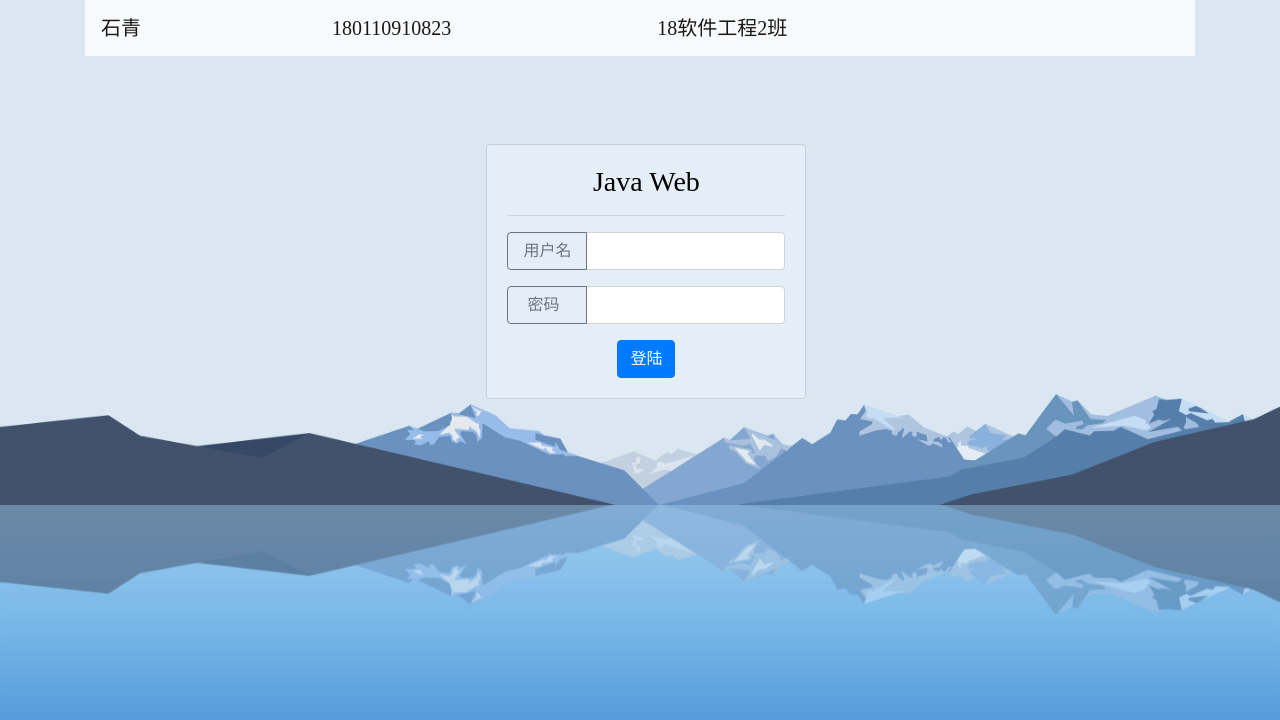
Repository: sqsssq/JavaWeb
Page: class1/IDEA/web/successful.html
An editor plug-in stored every save of this project. The page is shown before and after the next save, followed by the edit.
The browser window is 1280 px wide. The pictures show the whole page.

Above is the page before, as saved 2020-09-25 00:39:03.

After the next save:
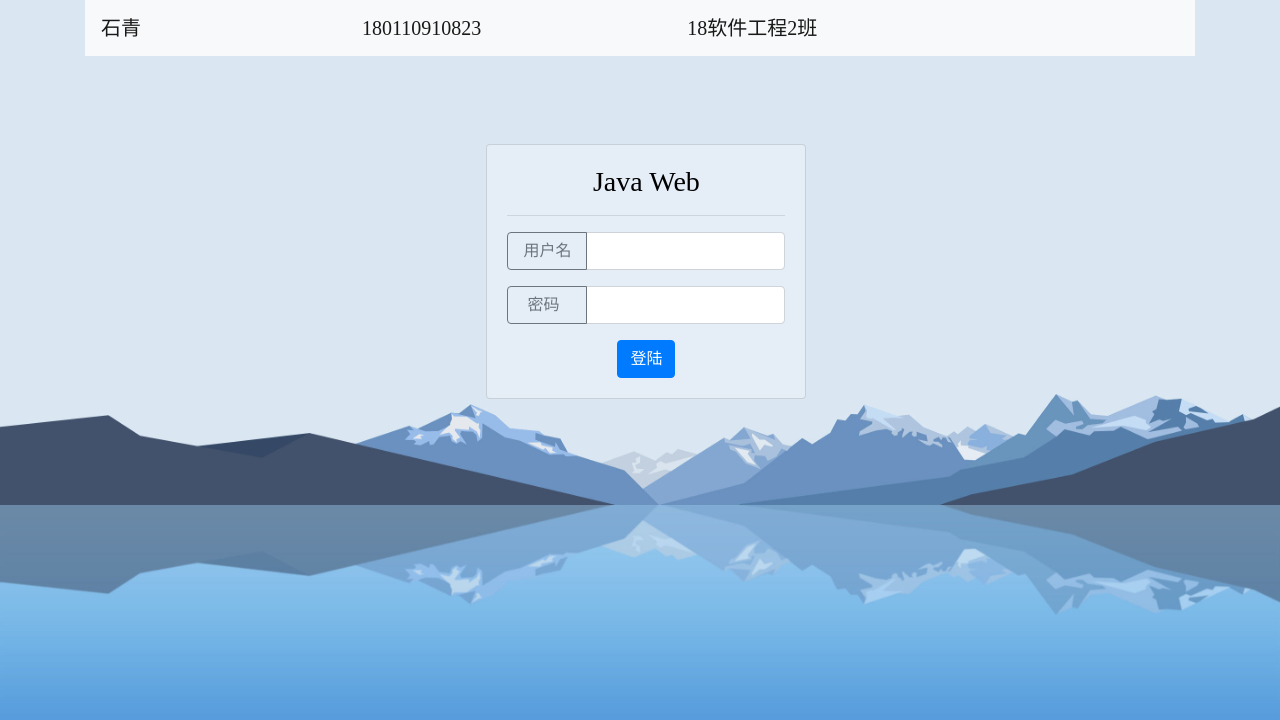
Saved 6 s later.
--- a/class1/IDEA/web/successful.html
+++ b/class1/IDEA/web/successful.html
@@ -33,7 +33,7 @@
 <body>
     <div class="container" style="font-family: 华文行楷;">
         <nav class="navbar navbar-expand-lg navbar-light bg-light">
-            <a class="navbar-brand" href="#">石青 &nbsp;&nbsp;&nbsp;&nbsp;&nbsp;&nbsp;&nbsp;&nbsp;&nbsp;&nbsp;&nbsp;&nbsp;&nbsp;&nbsp;&nbsp;&nbsp;&nbsp;&nbsp;&nbsp;&nbsp;&nbsp;&nbsp;&nbsp;&nbsp;&nbsp;&nbsp;&nbsp;&nbsp;&nbsp;&nbsp;&nbsp;&nbsp;&nbsp;&nbsp;</a>
+            <a class="navbar-brand" href="#">石青 &nbsp;&nbsp;&nbsp;&nbsp;&nbsp;&nbsp;&nbsp;&nbsp;&nbsp;&nbsp;&nbsp;&nbsp;&nbsp;&nbsp;&nbsp;&nbsp;&nbsp;&nbsp;&nbsp;&nbsp;&nbsp;&nbsp;&nbsp;&nbsp;&nbsp;&nbsp;&nbsp;&nbsp;&nbsp;&nbsp;&nbsp;&nbsp;&nbsp;&nbsp;&nbsp;&nbsp;&nbsp;&nbsp;&nbsp;&nbsp;</a>
             <a class="navbar-brand" href="#">180110910823&nbsp;&nbsp;&nbsp;&nbsp;&nbsp;&nbsp;&nbsp;&nbsp;&nbsp;&nbsp;&nbsp;&nbsp;&nbsp;&nbsp;&nbsp;&nbsp;&nbsp;&nbsp;&nbsp;&nbsp;&nbsp;&nbsp;&nbsp;&nbsp;&nbsp;&nbsp;&nbsp;&nbsp;&nbsp;&nbsp;&nbsp;&nbsp;&nbsp;&nbsp;&nbsp;&nbsp;&nbsp;&nbsp;</a>
             <a class="navbar-brand" href="#">18软件工程2班</a>
 
